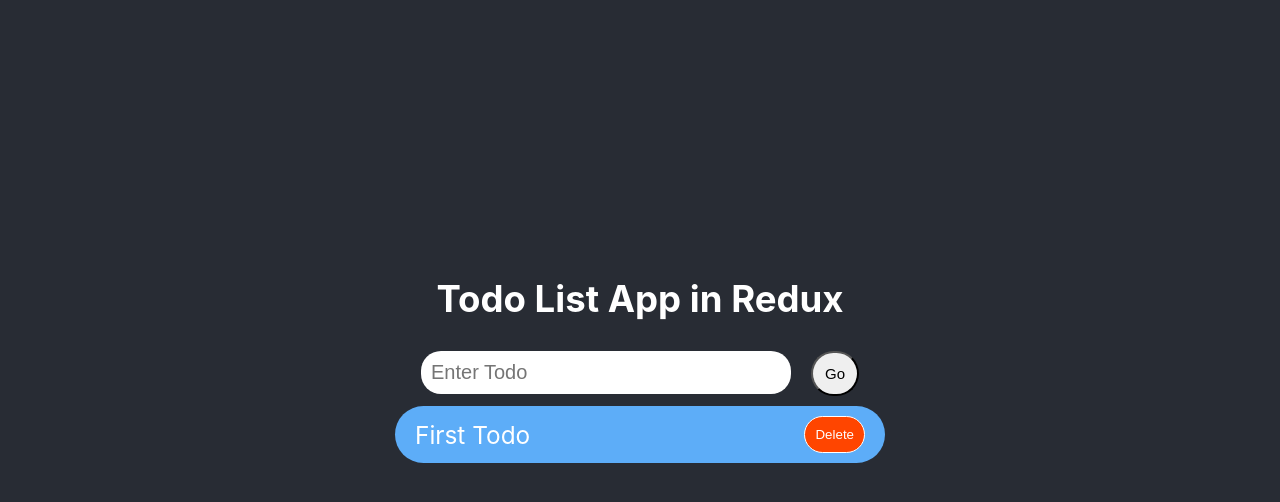
Repository: mahsa199170/React-Redux-Projects
Page: / (app in redux-todo-list/)
These files come from the project's save history. The page is drawn as it stood at one moment and after a run of saves; the edit follows.
The browser window is 1280 px wide. The pictures show the whole page.
The project was rebuilt for these pictures with package versions that can differ from the ones it lists, and the page was loaded fresh each time. Also part of the build but not shown: redux-todo-list/src/components/Count.js.

Above is the page before, as saved 2024-10-24 18:28:46.

After the next 2 saves:
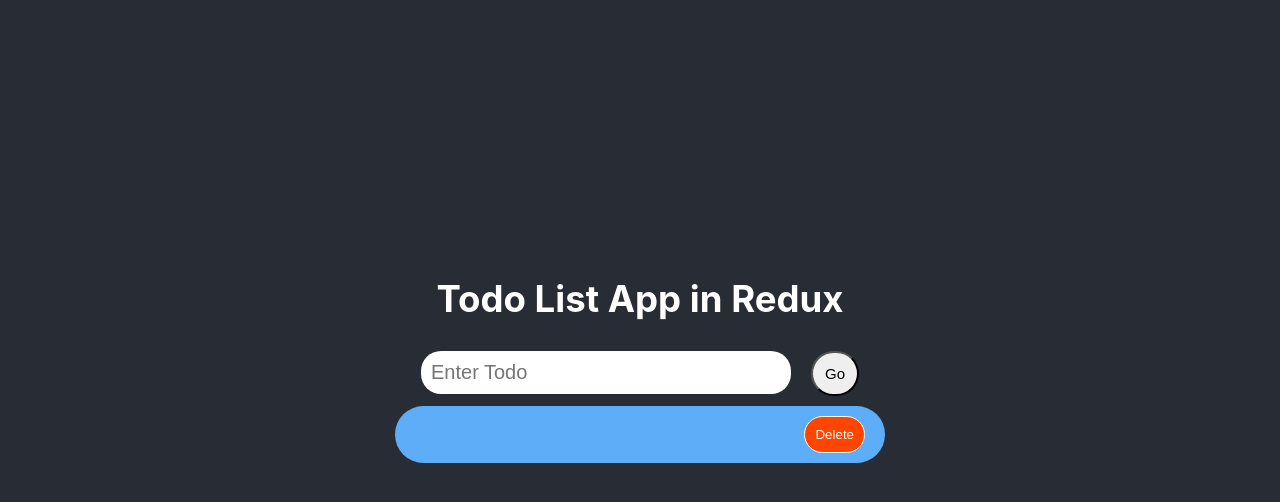
The 2 saves are shown as one change because they came seconds apart.
The last was saved 33 s later.
--- a/redux-todo-list/src/components/todo/Todo.js
+++ b/redux-todo-list/src/components/todo/Todo.js
@@ -50,8 +50,8 @@
       </form>
       <ul className="allTodos">
         <li className="singleTodo">
-          <span className="todoText">First Todo</span>
-          {todo}
+          <span className="todoText">{todo}</span>
+
           <button
             style={{
               padding: 10,
